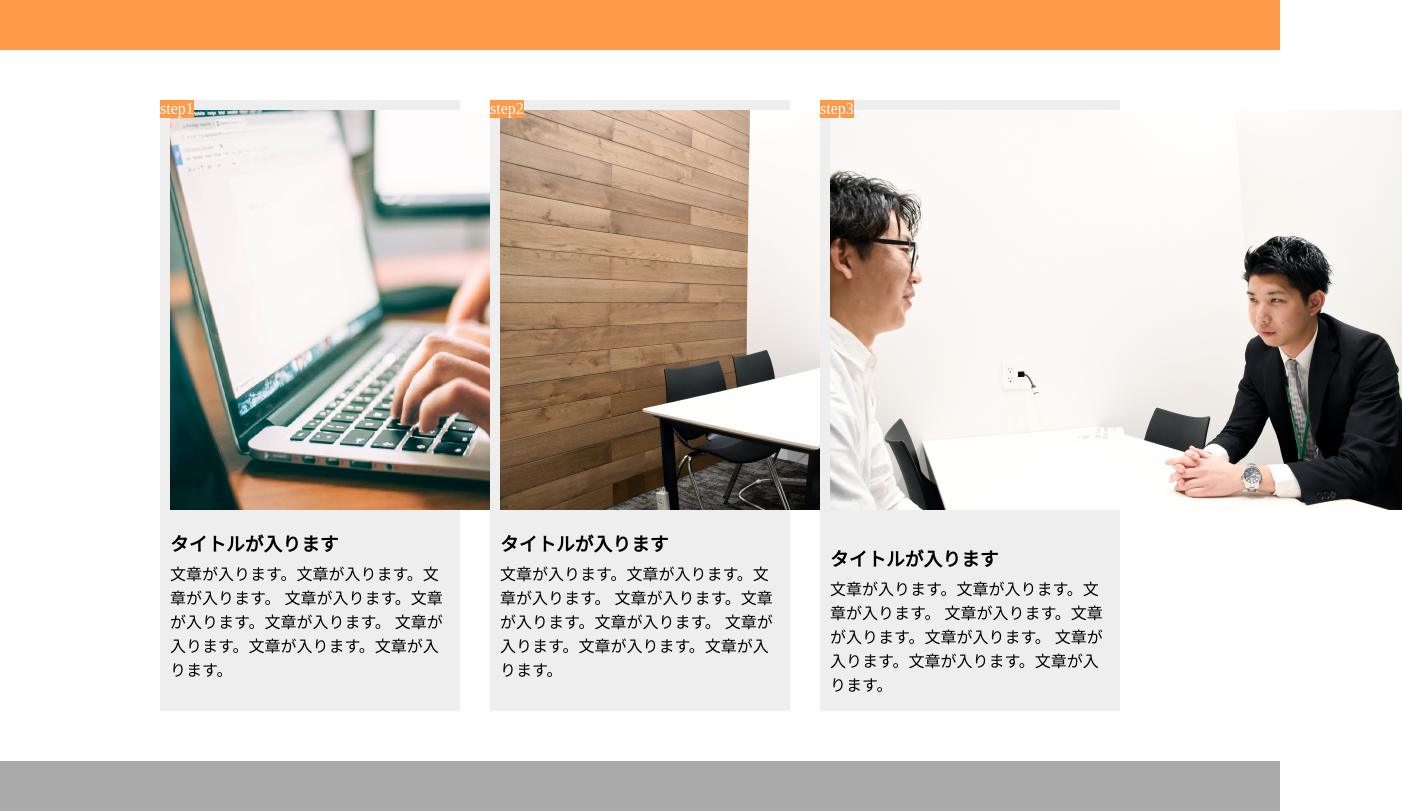
Repository: Kaori199701/-1
Page: 課題1/chapter9-index.html
The author's editor kept a record of every edit. The page is drawn from the files as they stood at one moment, then again after the next edit.
The browser window is 1280 px wide. The page is 1402 px wide, so the pictures cover 1402 px, including what lies to the right of the window. The pictures show the whole page.

Above is the page before.

### 課題1/chapter9-index.html
<!DOCTYPE html>
<html lang="ja">
  <head>
    <meta charset="UTF-8" />
    <!-- CSSファイルの読み込み -->
    <link rel="stylesheet" href="chapter9-style.css" />
    <title>chapter9</title>
  </head>

  <body>
     <!-- header -->
    <header>
    </header>

     <!-- main用のdiv -->
     <main>
       <!-- 内容 -->
          <!-- 1コ目の記事-->
         <div class="contents-box">
           <img class="contents-image" src="img/flow01.png">
           <span class="step-number">step1</span>
           <h3 class="contents-text-heading">タイトルが入ります</h3>
           <p>文章が入ります。文章が入ります。文章が入ります。
           文章が入ります。文章が入ります。文章が入ります。
           文章が入ります。文章が入ります。文章が入ります。</p>


         </div>
         <!-- 2コ目の記事-->
         <div class="contents-box">
           <img class="contents-image" src="img/flow02.png">
           <span class="step-number">step2</span>
           <h3 class="contents-text-heading">タイトルが入ります</h3>
           <p>文章が入ります。文章が入ります。文章が入ります。
           文章が入ります。文章が入ります。文章が入ります。
           文章が入ります。文章が入ります。文章が入ります。</p>
         </div>

        <!-- 3コ目の記事-->
         <div class="contents-box">
          <span class="step-number">step3</span>
           <div class="contents">
            <img class="contents-image" src="img/flow03.png">
            <section class="contents-text">
              <h3 class="contents-text-heading">タイトルが入ります</h3>
              <p>文章が入ります。文章が入ります。文章が入ります。
              文章が入ります。文章が入ります。文章が入ります。
              文章が入ります。文章が入ります。文章が入ります。</p>
             </section>
           </div>
         </div>

     </main>

     <!-- footer -->
     <footer>
     </footer>
   </body>
</html>

### 課題1/chapter9-style.css
/* ブラウザがそれぞれ持っているCSSをリセットするための記述 */
* {
  margin: 0;
  padding: 0;
  box-sizing: border-box;
}

header {
  height: 50px;
  background-color: #FF9A4B
}

main {
  width: 960px; /* 横幅960px */
  display: flex; /* Flexboxの利用 */
  margin: 50px auto; /* 要素の中央揃え */
}

.contents-box {
  width: 300px;
  margin-right: 30px;
  padding: 10px;
  position: relative;
  background-color: #EEEEEE;
}

.contents-box last-child{
  margin-right: 0;
}


.step-img1 {
  height: 150px;
  background-image: url(img/flow01.png);
  background-position: bottom;
  background-size: cover;
}

.step-img2 {
  height: 150px;
  background-image: url(img/flow02.png);
  background-position: bottom;
  background-size: cover;
}

.step-img3 {
  height: 150px;
  background-image: url(img/flow03.png);
  background-position: bottom;
  background-size: cover;
}


.contents-text-heading {
  padding-top: 15px;
  padding-bottom: 5px;
}

.step-number {
  position: absolute;
  top: 0;
  left: 0;
  background-color: #FF9A4B;
  color: #fff;
}

.contents-text {
  padding: 15px 0 5px;
}

footer {
  width: 100%; /* 横幅100% */
  height: 50px; /* 高さ50px */
  background-color: #AAAAAA;
}






@media screen and (max-width: 768px) {
  header {
    width: 100%;
  }


main {
    width: 100%;
    display: block;
  }

.contents-box {
  width: 90%;
  margin-bottom: 20px;
  padding: 10px;
  position: relative;
  background-color: #EEEEEE;
}

}

After the next edit:
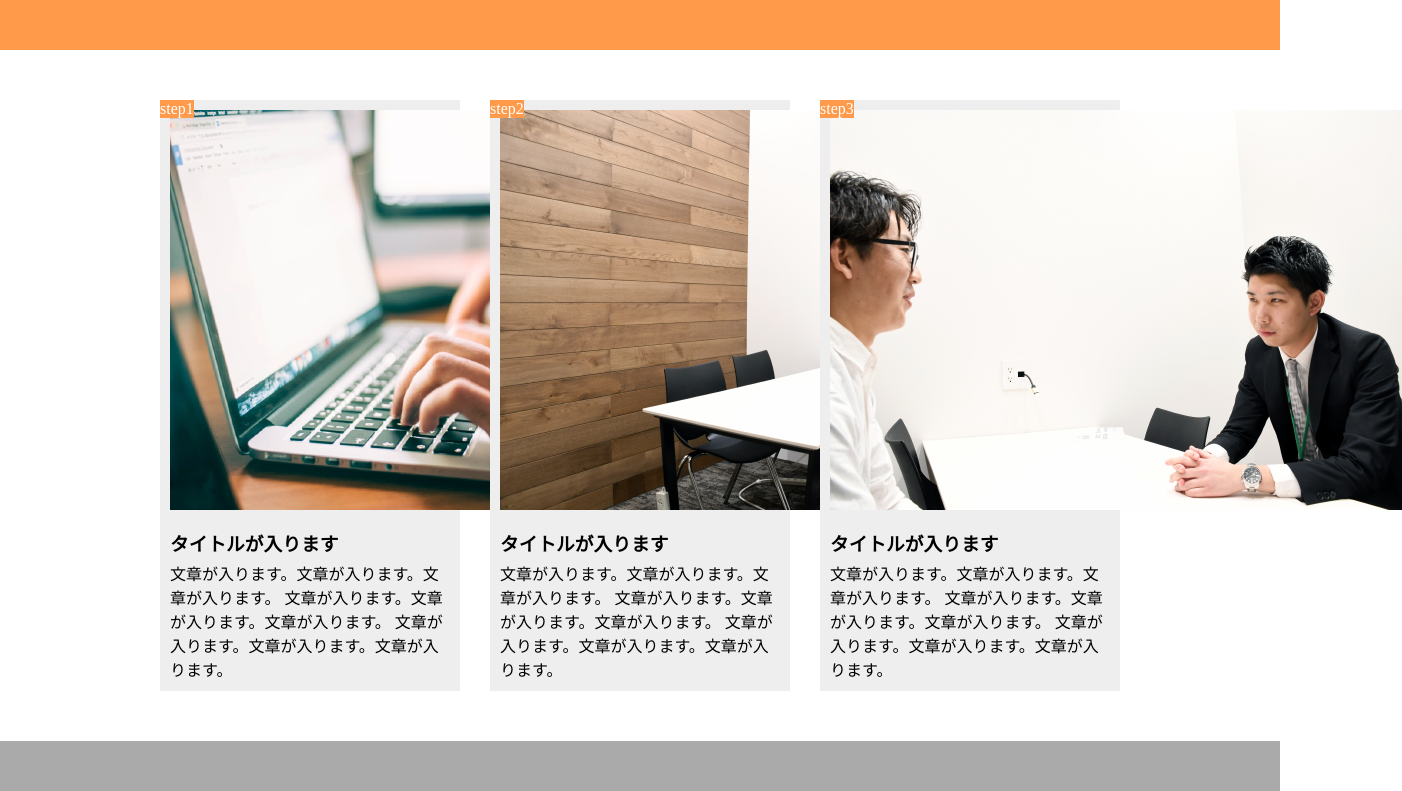
The edit:
--- a/課題1/chapter9-index.html
+++ b/課題1/chapter9-index.html
@@ -38,16 +38,12 @@
 
         <!-- 3コ目の記事-->
          <div class="contents-box">
-          <span class="step-number">step3</span>
-           <div class="contents">
-            <img class="contents-image" src="img/flow03.png">
-            <section class="contents-text">
-              <h3 class="contents-text-heading">タイトルが入ります</h3>
-              <p>文章が入ります。文章が入ります。文章が入ります。
-              文章が入ります。文章が入ります。文章が入ります。
-              文章が入ります。文章が入ります。文章が入ります。</p>
-             </section>
-           </div>
+           <img class="contents-image" src="img/flow03.png">
+           <span class="step-number">step3</span>
+           <h3 class="contents-text-heading">タイトルが入ります</h3>
+           <p>文章が入ります。文章が入ります。文章が入ります。
+           文章が入ります。文章が入ります。文章が入ります。
+           文章が入ります。文章が入ります。文章が入ります。</p>
          </div>
 
      </main>
